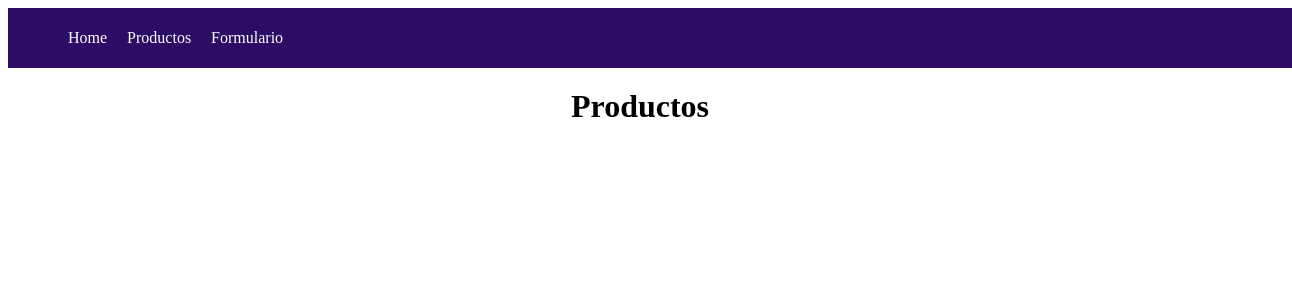
Repository: LadyJohana20/clases
Page: Clase-05-nodesass/public/pages/productos.html
The author's editor kept a copy of each file at every save. The page is drawn from the files as they stood at one save, then again after the next save.
The browser window is 1280 px wide. The page is 1292 px wide, so the pictures cover 1292 px, including what lies to the right of the window. The pictures show the whole page.

Above is the page before, as saved 2026-01-27 20:46:40.

### Clase-05-nodesass/public/pages/productos.html
<!DOCTYPE html>
<html lang="en">
<head>
    <meta charset="UTF-8">
    <meta name="viewport" content="width=device-width, initial-scale=1.0">
    <title>Productos</title>
</head>
<body id="body">
    <!-- 1. creamos una pagina completa solo con JS y el DOM -->
    <div id="principal">


    </div>

    <script src="../js/productos.js"></script>
</body>
</html>

### Clase-05-nodesass/public/js/productos.js


// 1. capturamos el elemento principal

const divPrincipal = document.getElementById("principal");

// 2. Creamos la barra de navegación
let navegación = document.createElement('nav');

// 3. le agregamos estilos

navegación.style.backgroundColor = '#2c0c64 ';
navegación.style.width = '100%';
navegación.style.height = '60px';
navegación.style.display = 'flex';
navegación.style.alignItems = 'center';
navegación.style.paddingLeft = '20px';

//4. Agregamos barra de navegacion al div principal
divPrincipal.appendChild(navegación);

//5. agregamos un evento a la navegacion
/*navegación.addEventListener('click', () => {
    alert('Hola, soy la barra de navegación');
});*/

//6. Creamos la lista de navegación
let listaNavegacion = document.createElement('ul');

//7. creamos los 3 items de la lista
let lisHome = document.createElement('li');
lisHome.innerText = 'Home';
lisHome.style.display = 'inline';
lisHome.style.color = 'white';
lisHome.style.cursor = 'pointer';
lisHome.addEventListener("click", () => {
    window.location.href = '../index.html';
});

//8. creamos el ancla del primer item
/*let anclaHome = document.createElement('a');
anclaHome.href = '../pages/index.html';*/

// agregamos el ancla a la barra de navegación
/*lisHome.appendChild(anclaHome);*/

//9. agregamos el primer item a la lista
listaNavegacion.appendChild(lisHome);


let lisProductos = document.createElement('li');
lisProductos.innerText = 'Productos';
lisProductos.style.display = 'inline';
lisProductos.style.color = 'white';
lisProductos.style.marginLeft = '20px';
lisProductos.style.cursor = 'pointer';
lisProductos.addEventListener("click", () => {
    window.location.href = './productos.html';
});

listaNavegacion.appendChild(lisProductos);


let lisFormulario = document.createElement('li');
lisFormulario.innerText = 'Formulario';
lisFormulario.style.display = 'inline';
lisFormulario.style.color = 'white';
lisFormulario.style.marginLeft = '20px';
lisFormulario.style.cursor = 'pointer';
lisFormulario.addEventListener("click", () => {
    window.location.href = './formulario.html';
});

listaNavegacion.appendChild(lisFormulario);

//10. subimos el ul a la barra de navegación
navegación.appendChild(listaNavegacion);

let titulo = document.createElement('h1');
titulo.innerText = 'Productos';
titulo.style.textAlign = 'center';
titulo.style.marginTop = '20px';


let body = document.getElementById('body');
body.appendChild(titulo);

After the next save:
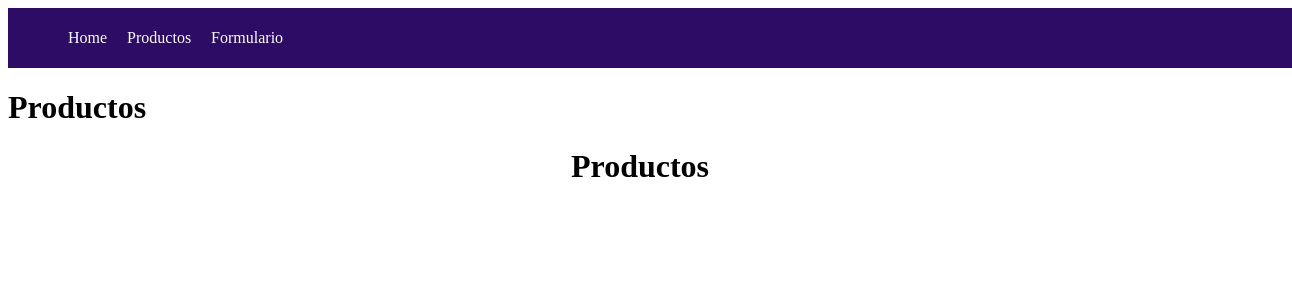
Saved 96 s later.
--- a/Clase-05-nodesass/public/pages/productos.html
+++ b/Clase-05-nodesass/public/pages/productos.html
@@ -12,6 +12,10 @@
 
     </div>
 
+    <h1 class="titulo">
+        Productos
+    </h1>
+
     <script src="../js/productos.js"></script>
 </body>
 </html>
